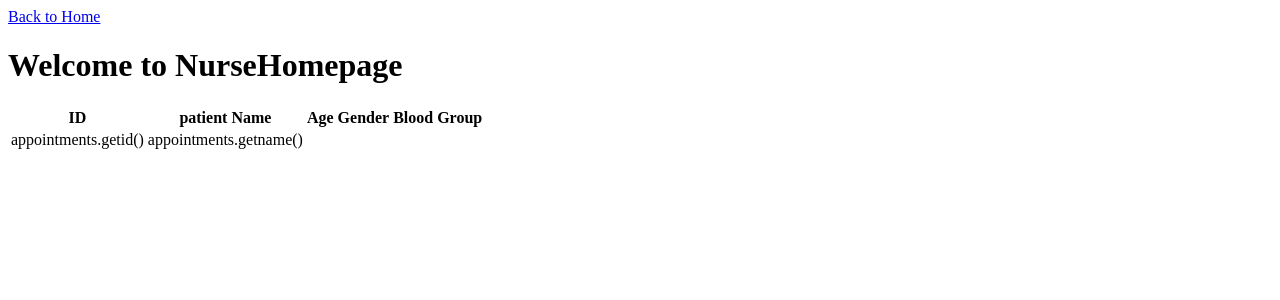
Repository: Rajasekaran0415/LifeCare-Management-System
Page: Project/nurseHompage.html
These files come from the project's save history. The page is drawn as it stood at one moment and after a run of saves; the edit follows.
The browser window is 1280 px wide. The pictures show the whole page.

Above is the page before, as saved 2026-01-28 21:54:58.

After the next 8 saves:
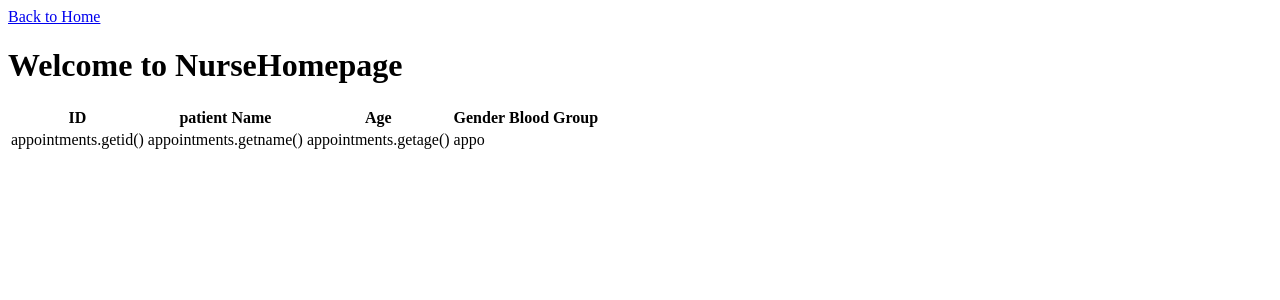
The 8 saves are shown as one change because they came seconds apart.
The last was saved 19 s later.
--- a/Project/nurseHompage.html
+++ b/Project/nurseHompage.html
@@ -25,7 +25,8 @@
                 <tr>
                     <td>appointments.getid()</td>
                     <td>appointments.getname()</td>
-                    <td></td>
+                    <td>appointments.getage()</td>
+                    <td>appo</td>
                 </tr>
 
             </table>
